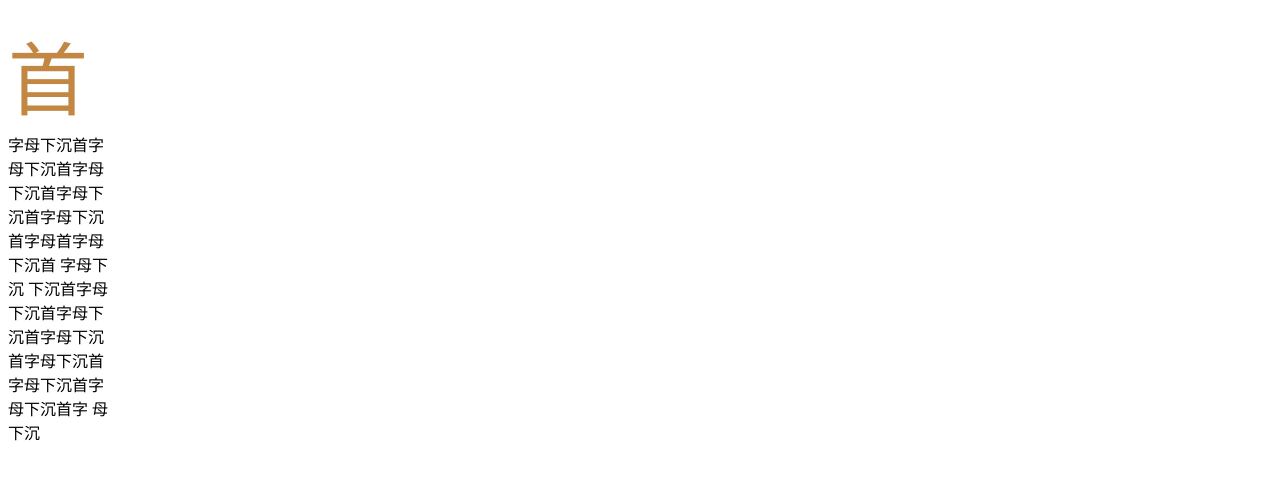
Repository: Gin1217/frontStudy
Page: first-letter.html
An editor plug-in stored every save of this project. The page is shown before and after the next save, followed by the edit.
The browser window is 1280 px wide. The pictures show the whole page.

Above is the page before, as saved 2021-03-12 22:26:34.

### first-letter.html
<!DOCTYPE html>
<html lang="en">

<head>
    <meta charset="UTF-8">
    <meta http-equiv="X-UA-Compatible" content="IE=edge">
    <meta name="viewport" content="width=device-width, initial-scale=1.0">
    <title>首字下沉</title>

    <style>
        .body {

            width: 100px;
            /* background-color: ; */
        }

        p::first-letter {
            color: #c28743;
            float: left;
            font-size: 5em;
            margin: 0 .2em 0 0;
        }
    </style>
</head>

<body>
    <p class="body">
        ⾸字⺟下沉⾸字⺟下沉⾸字⺟下沉⾸字⺟下沉⾸字⺟下沉⾸字⺟⾸字⺟下沉⾸
        字⺟下沉
        下沉⾸字⺟下沉⾸字⺟下沉⾸字⺟下沉⾸字⺟下沉⾸字⺟下沉⾸字⺟下沉⾸字
        ⺟下沉
    </p>

</body>

</html>

After the next save:
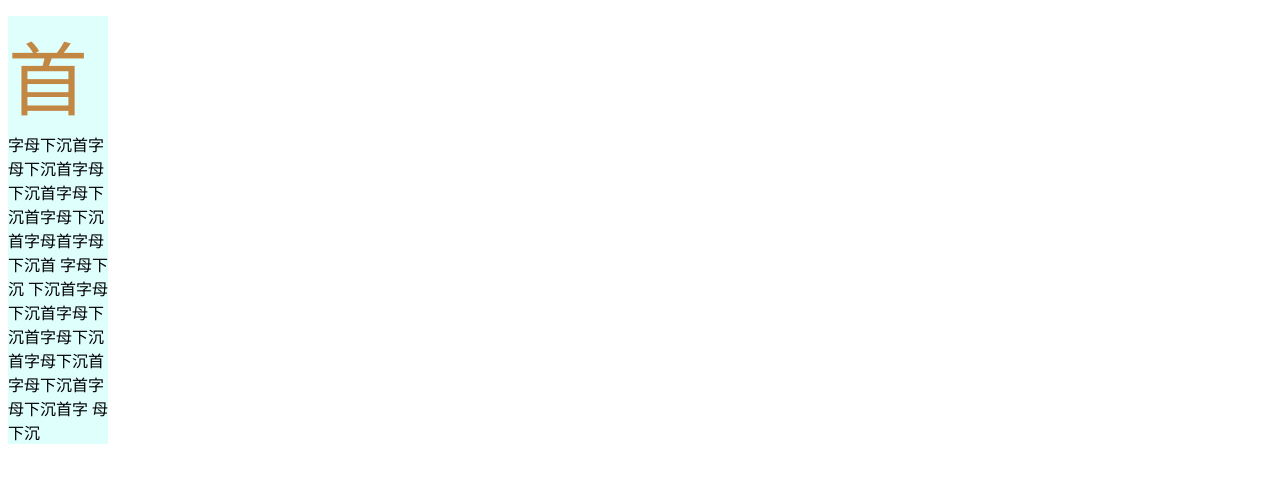
Saved 80 s later.
--- a/first-letter.html
+++ b/first-letter.html
@@ -9,9 +9,8 @@
 
     <style>
         .body {
-
             width: 100px;
-            /* background-color: ; */
+            background-color: #dffffd;
         }
 
         p::first-letter {
